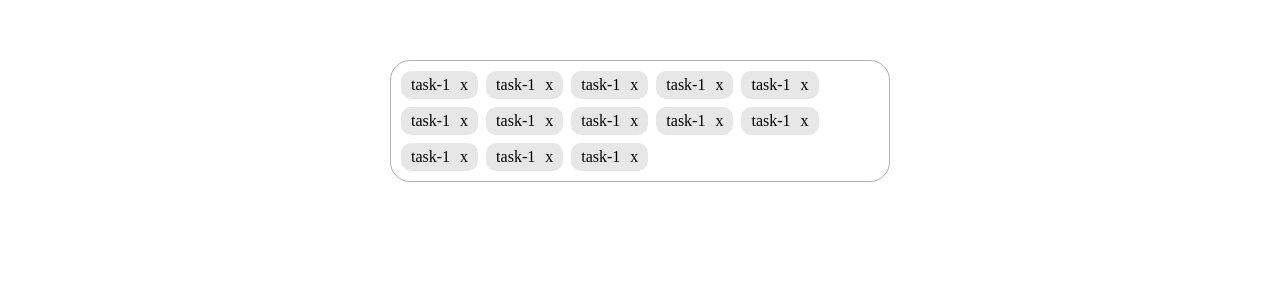
Repository: OkazakiTruong/selectOption
Page: /
These files come from the project's save history. The page is drawn as it stood at one moment and after the next save; the edit follows.
The browser window is 1280 px wide. The pictures show the whole page.
The project was rebuilt for these pictures with package versions that can differ from the ones it lists, and the page was loaded fresh each time. Also part of the build but not shown: vite.config.js.

Above is the page before, as saved 2024-01-17 21:41:59.

### src/App.jsx
import React from "react";
import { SelectBoxContainer } from "./SelectBox/SelectBoxContainer";

export default function App() {
  return (
    <div>
      <SelectBoxContainer />
    </div>
  );
}

### src/SelectBox/SelectBoxContainer.jsx
import React from "react";
import "./selectbox.css";
import { SelectBox } from "./SelectBox";

export const SelectBoxContainer = () => {
  return (
    <div className="select-container">
      <SelectBox />
    </div>
  );
};

### src/SelectBox/selectbox.css
.select-container {
  width: 500px;
  margin: 60px auto;
}
.select-input {
  display: flex;
  flex-wrap: wrap;
  align-items: center;
  justify-content: flex-start;
  width: 500px;
  padding: 10px;
  border: 1px solid #afafaf;
  border-radius: 20px;
  gap: 8px;
}
.select-input.focus {
  border: 2px solid black;
}
.select-input .input {
  border: none;
  outline: none;
  flex: 2;
}
.select-item {
  padding: 5px 10px;
  background-color: #e7e7e7;
  border-radius: 10px;
  display: flex;
  align-items: center;
}
.select-item .btn-delete {
  margin-left: 10px;
}

### src/SelectBox/SelectBox.jsx
import { FontAwesomeIcon } from "@fortawesome/react-fontawesome";
import React, { useRef } from "react";
import { faMagnifyingGlass } from "@fortawesome/free-solid-svg-icons";

export const SelectBox = () => {
  const inputRef = useRef(null);
  const selectInputRef = useRef(null);
  const handleFocus = () => {
    selectInputRef.current.classList.add("focus");
  };
  const handleBlur = () => {
    selectInputRef.current.classList.remove("focus");
  };
  const handleClick = () => {
    console.log(selectInputRef.current.classList.contains("focus"));
    if (!selectInputRef.current.classList.contains("focus")) {
      inputRef.current.focus();
    }
  };
  return (
    <>
      <div className="select-input" ref={selectInputRef} onClick={handleClick}>
        <div className="select-item">
          <span>task-1</span>
          <span className="btn-delete">x</span>
        </div>
        <div className="select-item">
          <span>task-1</span>
          <span className="btn-delete">x</span>
        </div>
        <div className="select-item">
          <span>task-1</span>
          <span className="btn-delete">x</span>
        </div>
        <div className="select-item">
          <span>task-1</span>
          <span className="btn-delete">x</span>
        </div>
        <div className="select-item">
          <span>task-1</span>
          <span className="btn-delete">x</span>
        </div>
        <div className="select-item">
          <span>task-1</span>
          <span className="btn-delete">x</span>
        </div>
        <div className="select-item">
          <span>task-1</span>
          <span className="btn-delete">x</span>
        </div>
        <div className="select-item">
          <span>task-1</span>
          <span className="btn-delete">x</span>
        </div>
        <div className="select-item">
          <span>task-1</span>
          <span className="btn-delete">x</span>
        </div>
        <div className="select-item">
          <span>task-1</span>
          <span className="btn-delete">x</span>
        </div>
        <div className="select-item">
          <span>task-1</span>
          <span className="btn-delete">x</span>
        </div>
        <div className="select-item">
          <span>task-1</span>
          <span className="btn-delete">x</span>
        </div>
        <div className="select-item">
          <span>task-1</span>
          <span className="btn-delete">x</span>
        </div>

        <input
          className="input"
          ref={inputRef}
          onFocus={handleFocus}
          onBlur={handleBlur}
        ></input>
        {/* <FontAwesomeIcon icon={faMagnifyingGlass} /> */}
      </div>
    </>
  );
};

Loaded but not shown: index.html (common file); src/main.jsx (common file); src/index.css (common file)

After the next save:
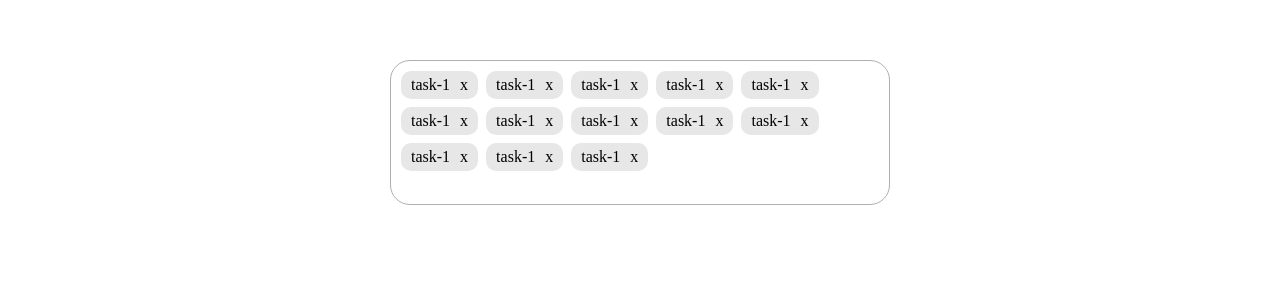
Saved 35 s later.
--- a/src/SelectBox/selectbox.css
+++ b/src/SelectBox/selectbox.css
@@ -9,6 +9,7 @@
   justify-content: flex-start;
   width: 500px;
   padding: 10px;
+  padding-right: 60px;
   border: 1px solid #afafaf;
   border-radius: 20px;
   gap: 8px;
